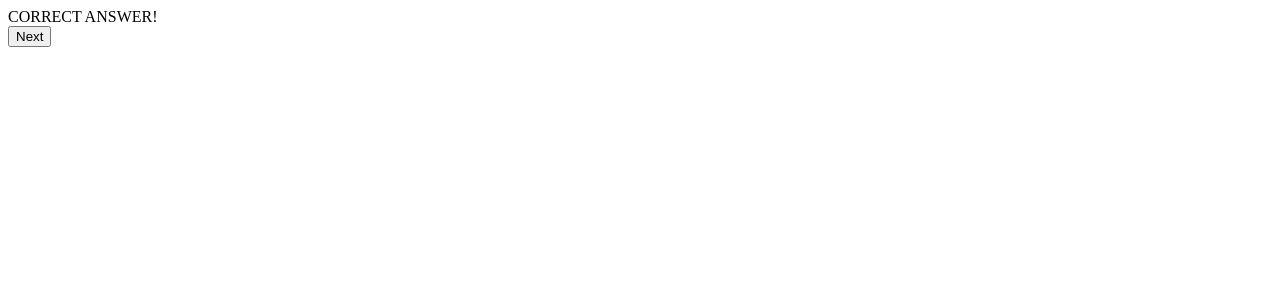
Repository: OleksandrDoskaliukKN313/IIC
Page: http://localhost/WebDictionary/correctAnswer.jsp
An editor plug-in stored every save of this project. The page is shown before and after the next save, followed by the edit.
The browser window is 1280 px wide. The pictures show the whole page.
The page is served by Tomcat 9.

Above is the page before, as saved 2020-10-12 10:26:02.

After the next save:
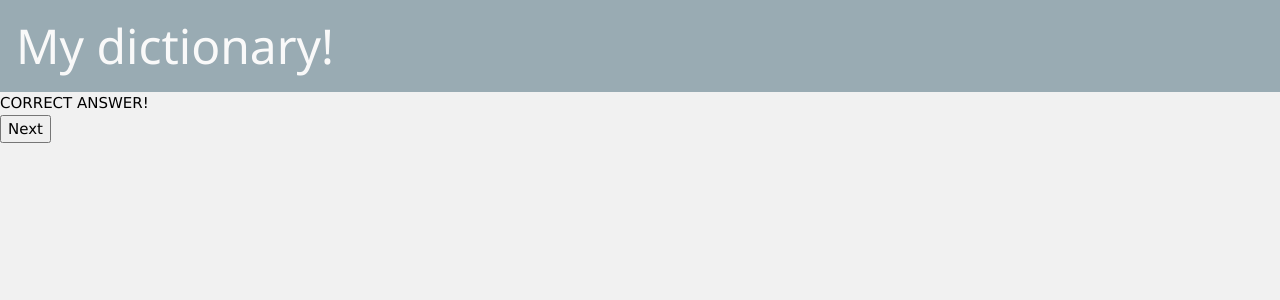
Saved 58 s later.
--- a/WebDictionary/WebContent/correctAnswer.jsp
+++ b/WebDictionary/WebContent/correctAnswer.jsp
@@ -5,8 +5,12 @@
 <head>
 <meta charset="UTF-8">
 <title>Correct Answer</title>
+<link rel="stylesheet" href="w3.css">
 </head>
-<body>
+<body class="w3-light-grey">
+<div class="w3-container w3-blue-grey w3-opacity w3-left-align 	">
+        <h1 class = "w3-xxxlarge">My dictionary!</h1>
+    </div>
 CORRECT ANSWER!
 <form action="/WebDictionary/en_ua">
     <input type="submit" value="Next" />
